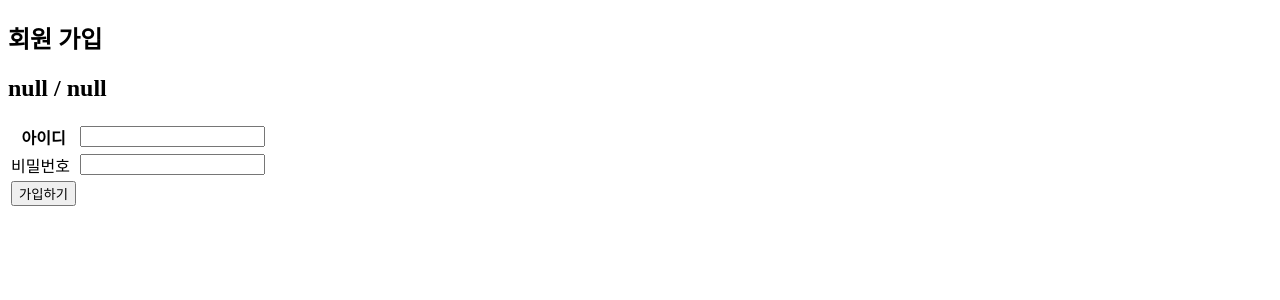
Repository: back-seung/academy
Page: http://localhost/SpringDay01/memberInputForm
These files come from the project's save history. The page is drawn as it stood at one moment and after the next save; the edit follows.
The browser window is 1280 px wide. The pictures show the whole page.
The page is served by Tomcat 9. Other server files are loaded and not shown.

Above is the page before, as saved 2021-11-22 12:24:06.

### SpringDay01/src/main/webapp/WEB-INF/views/memberInput.jsp
<%@ page language="java" contentType="text/html; charset=UTF-8"
    pageEncoding="UTF-8"%>
<!DOCTYPE html>
<html>
  <head>
    <meta charset="UTF-8" />
    <title>Insert title here</title>
  </head>
  <body>
    <form action="memberListForm" method="GET">
      <h2>회원 가입</h2>
      <h2 id="print">${print}</h2>
      <table>
        <tr>
          <th>아이디</th>
          <th><input id="id" type="text" name="id" /></th>
        </tr>
        <tr>
          <td>비밀번호</td>
          <td><input id="pw" type="password" name="pw" /></td>
        </tr>
        <tr>
          <td><input type="submit" value="가입하기"/></td>
        </tr>
      </table>
    </form>
    <script>
    </script>
  </body>
</html>

After the next save:
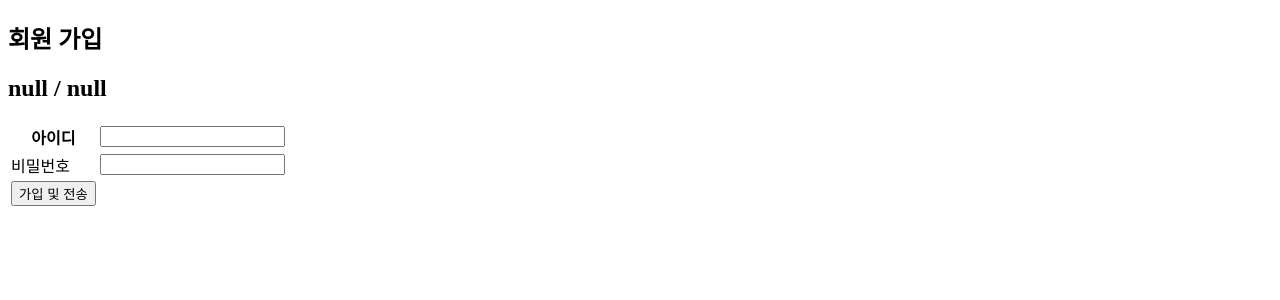
Saved 22 s later.
--- a/SpringDay01/src/main/webapp/WEB-INF/views/memberInput.jsp
+++ b/SpringDay01/src/main/webapp/WEB-INF/views/memberInput.jsp
@@ -20,7 +20,7 @@
           <td><input id="pw" type="password" name="pw" /></td>
         </tr>
         <tr>
-          <td><input type="submit" value="가입하기"/></td>
+          <td><input type="submit" value="가입 및 전송"/></td>
         </tr>
       </table>
     </form>
